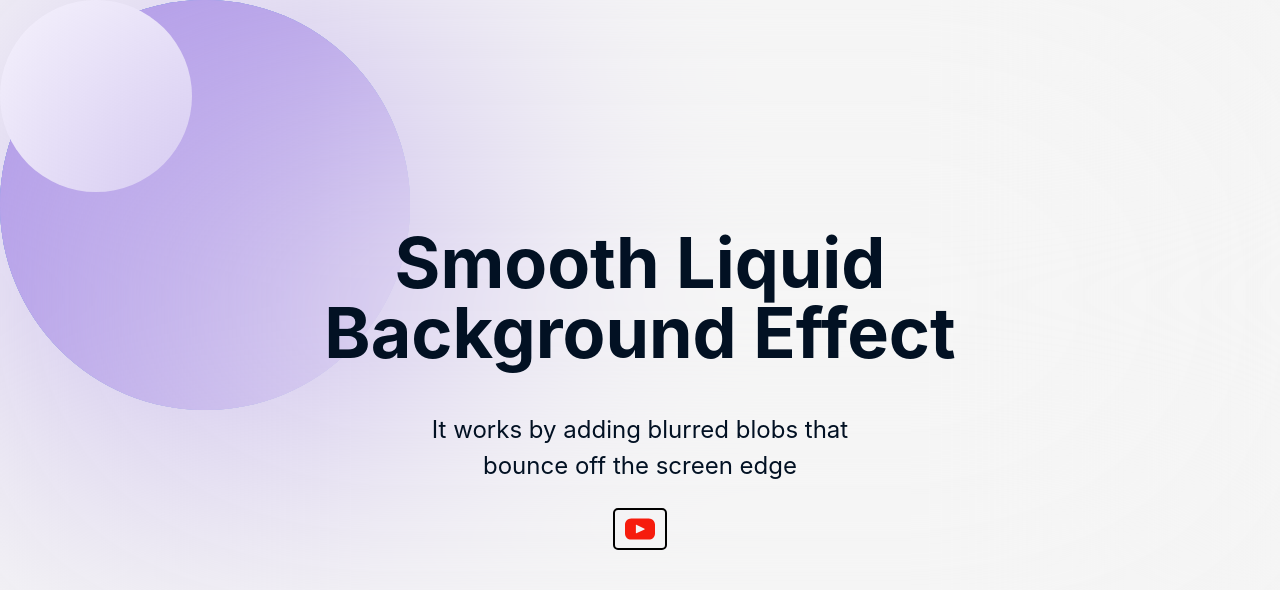
Repository: KHANas02/flowers_02
Page: Новая папка/index.html
The author's editor kept a copy of each file at every save. The page is drawn from the files as they stood at one save, then again after a run of saves.
The browser window is 1280 px wide. The pictures show the whole page.

Above is the page before, as saved 2024-02-18 12:37:30.

After the next 2 saves:
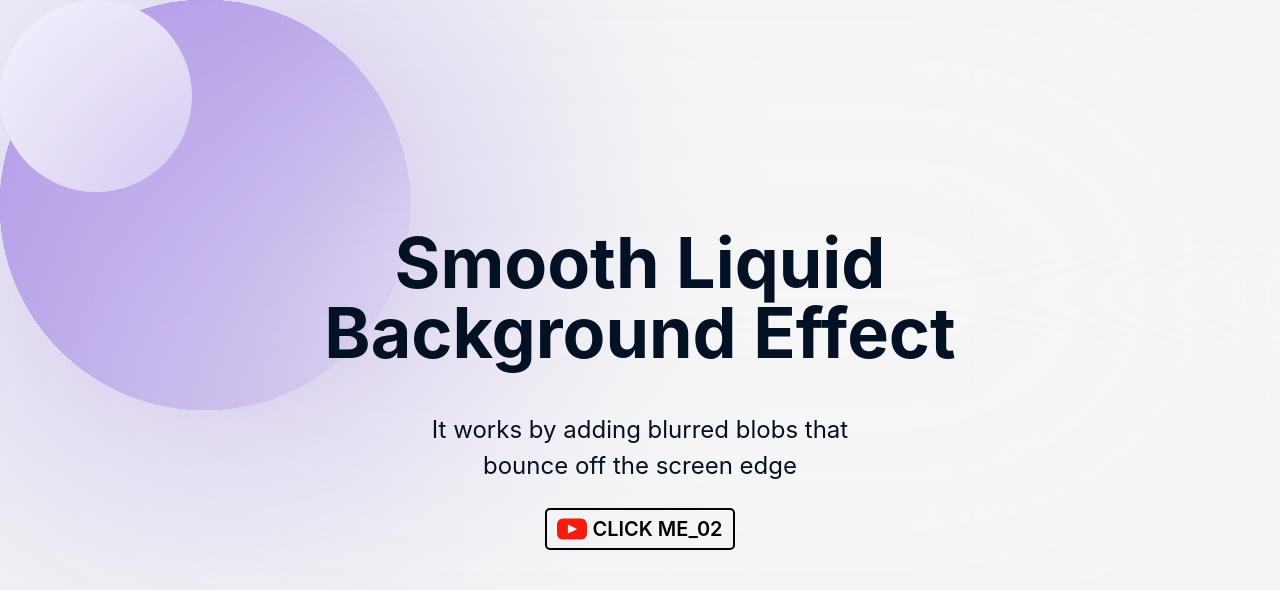
The 2 saves are shown as one change because they came seconds apart.
The last was saved 10 s later.
--- a/Новая папка/index.html
+++ b/Новая папка/index.html
@@ -44,7 +44,7 @@
 	c0-3.774,3.982-6.22,7.348-4.514l126.06,63.881C304.363,229.873,304.298,235.248,300.506,237.056z"
       />
     </svg>
-
+     CLICK ME_02
     </a>
   </div>
 </div>
